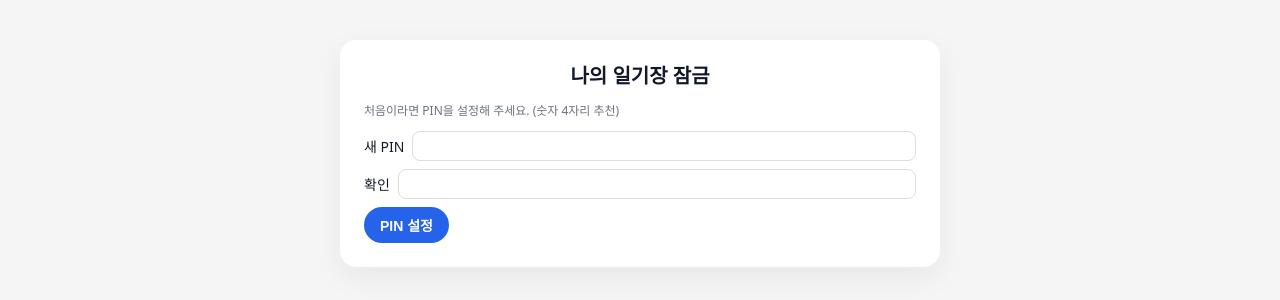
Repository: ymymym6843-prog/paw-note
Page: Index.html
The author's editor kept a copy of each file at every save. The page is drawn from the files as they stood at one save, then again after the next save.
The browser window is 1280 px wide. The pictures show the whole page.

Above is the page before, as saved 2025-11-15 18:14:40.

After the next save:
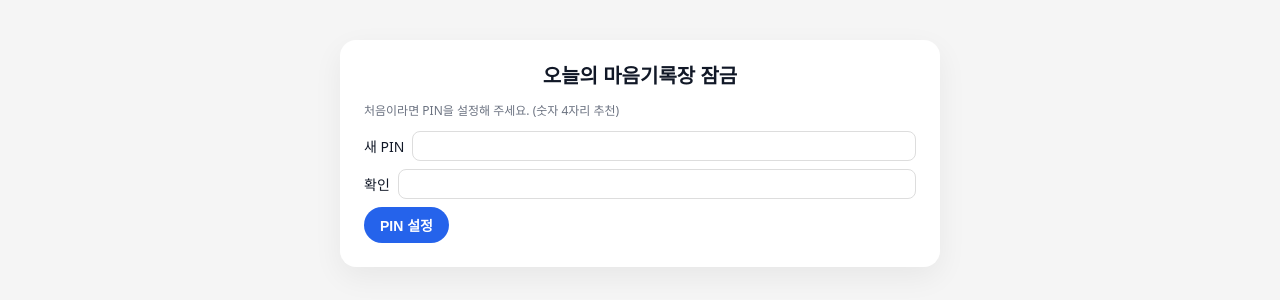
Saved 11 min 6 s later.
--- a/Index.html
+++ b/Index.html
@@ -2,7 +2,7 @@
 <html lang="ko">
 <head>
   <meta charset="UTF-8" />
-  <title>나의 일기장</title>
+  <title>오늘의 마음기록장</title>
 
   <!-- CSS -->
   <link rel="stylesheet" href="style.css" />
@@ -16,7 +16,7 @@
 <body>
   <!-- 🔐 PIN 잠금 화면 -->
   <div id="lockScreen" class="card">
-    <h2>나의 일기장 잠금</h2>
+    <h2>오늘의 마음기록장 잠금</h2>
     <div id="lockStepSetup">
       <p class="small">
         처음이라면 PIN을 설정해 주세요. (숫자 4자리 추천)
@@ -52,44 +52,44 @@
   <div id="app" class="card">
     <!-- 상단: 제목 + 다크모드 -->
     <div class="header-row">
-      <h1>나의 일기장</h1>
+      <h1>오늘의 마음기록장</h1>
       <button id="themeToggle" class="outline small-btn">🌙 다크모드</button>
     </div>
 
-    <!-- 검색 -->
-    <div class="row">
-      <label for="searchInput">검색</label>
-      <input type="text" id="searchInput" placeholder="내용 / 날짜 / 감정 / 날씨로 검색" />
-    </div>
-
-    <!-- 날짜 -->
-    <div class="row">
-      <label for="dateInput">날짜</label>
-      <input type="date" id="dateInput" />
-    </div>
-
-    <!-- 감정 탭: 이모티콘 5종 -->
-    <div class="row">
-      <label for="emotionSelect">감정</label>
-      <select id="emotionSelect">
-        <option value="happy">😊 기쁨</option>
-        <option value="sad">😢 슬픔</option>
-        <option value="angry">😡 화남</option>
-        <option value="scared">😱 무서움</option>
-        <option value="calm">😌 편안</option>
-      </select>
-    </div>
-
-    <!-- 날씨 탭 -->
-    <div class="row">
-      <label for="weatherSelect">날씨</label>
-      <select id="weatherSelect">
-        <option value="sunny">☀️ 맑음</option>
-        <option value="cloudy">⛅ 흐림</option>
-        <option value="rainy">🌧️ 비</option>
-        <option value="snowy">❄️ 눈</option>
-        <option value="stormy">⛈️ 폭풍</option>
-      </select>
+    <!-- 🔍 필터바: 검색 / 날짜 / 날씨 / 감정 (1열) -->
+    <div class="row filter-row">
+      <div class="filter-item">
+        <label for="searchInput">검색</label>
+        <input
+          type="text"
+          id="searchInput"
+          placeholder="내용 / 날짜 / 감정 / 날씨"
+        />
+      </div>
+      <div class="filter-item">
+        <label for="dateInput">날짜</label>
+        <input type="date" id="dateInput" />
+      </div>
+      <div class="filter-item">
+        <label for="weatherSelect">날씨</label>
+        <select id="weatherSelect">
+          <option value="sunny">☀️ 맑음</option>
+          <option value="cloudy">⛅ 흐림</option>
+          <option value="rainy">🌧️ 비</option>
+          <option value="snowy">❄️ 눈</option>
+          <option value="stormy">⛈️ 폭풍</option>
+        </select>
+      </div>
+      <div class="filter-item">
+        <label for="emotionSelect">감정</label>
+        <select id="emotionSelect">
+          <option value="happy">😊 기쁨</option>
+          <option value="sad">😢 슬픔</option>
+          <option value="angry">😡 화남</option>
+          <option value="scared">😱 무서움</option>
+          <option value="calm">😌 편안</option>
+        </select>
+      </div>
     </div>
 
     <!-- 텍스트 일기 -->
@@ -140,7 +140,7 @@
         <input type="file" id="stickerUpload" accept="image/png" style="display:none;">
         <button id="uploadStickerBtn" class="outline">PNG 불러오기</button>
         <button id="deleteStickerBtn" class="outline">선택 스티커 삭제</button>
-        <span class="small">(스티커를 클릭하면 선택·이동 가능)</span>
+        <span class="small">(스티커를 클릭하면 선택·이동 / 우하단 모서리로 크기 조절)</span>
       </div>
 
       <p class="small">
